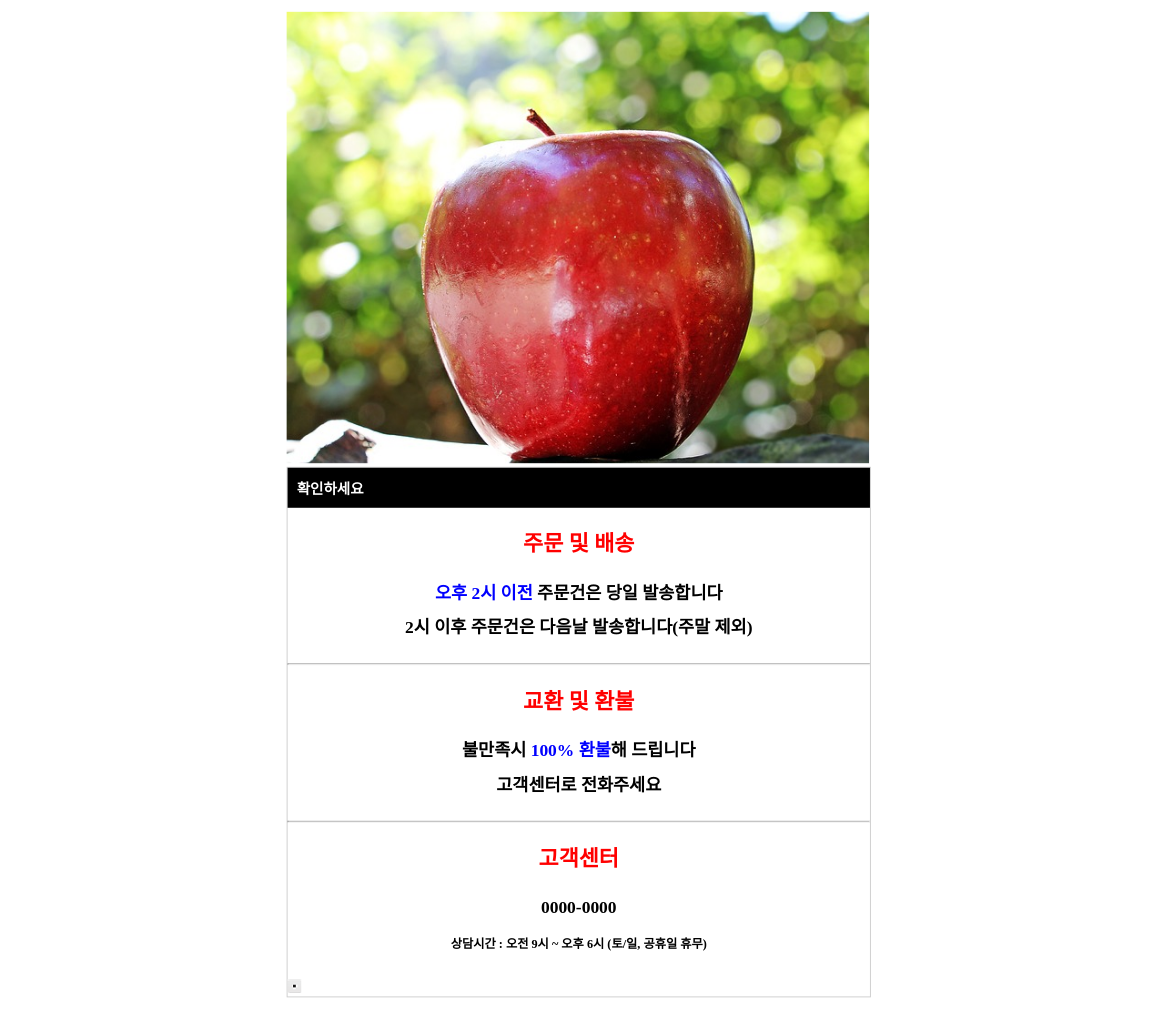
Repository: woosungtae/html_css
Page: pro01/public/apple.html
These files come from the project's save history. The page is drawn as it stood at one moment and after the next save; the edit follows.
The browser window is 1280 px wide. The pictures show the whole page, at 91% of full size.

Above is the page before, as saved 2022-12-12 07:09:24.

After the next save:
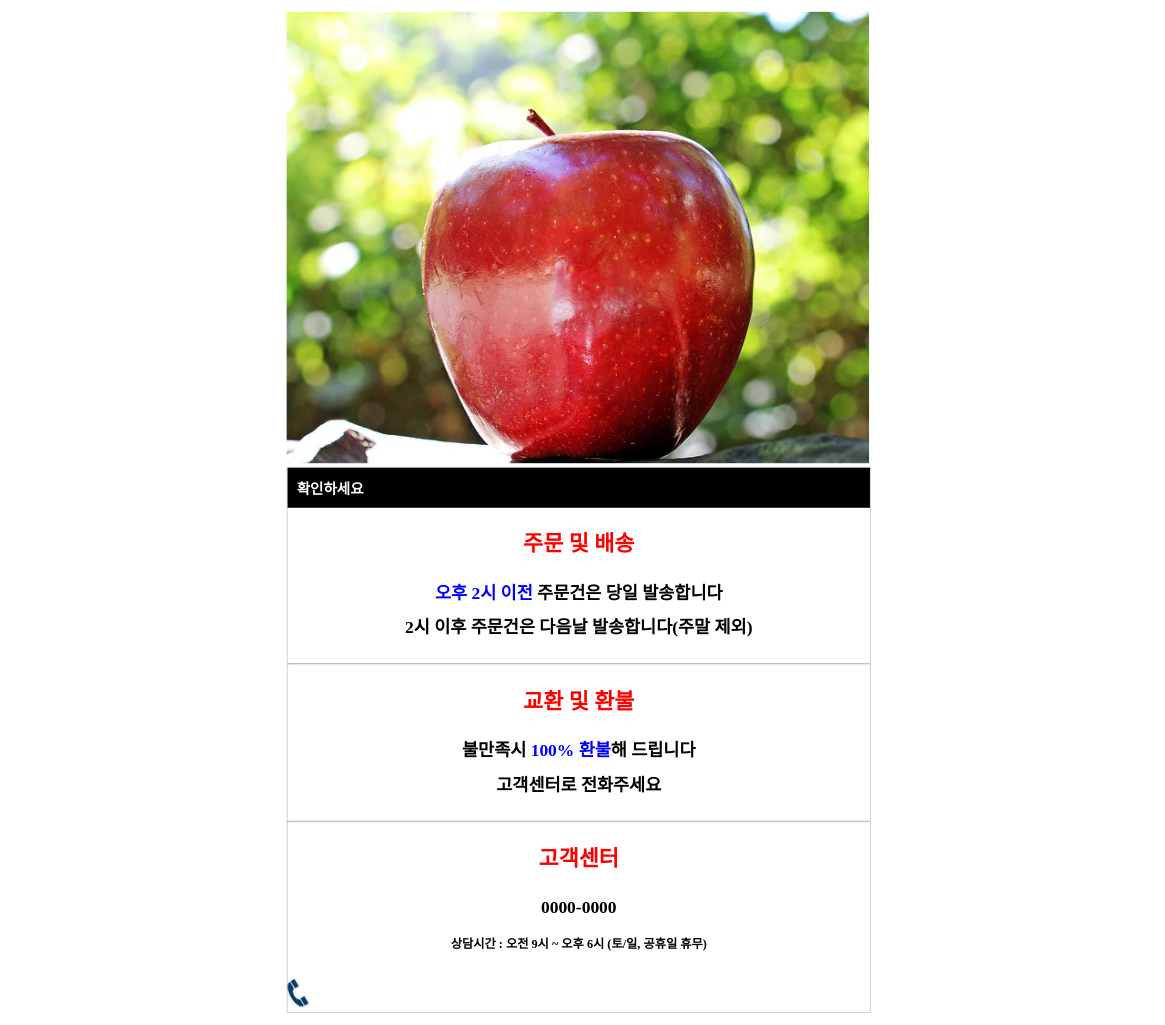
Saved 3 min 32 s later.
--- a/pro01/public/apple.html
+++ b/pro01/public/apple.html
@@ -55,7 +55,7 @@
 	<h2>고객센터 </h2>
 	<p>0000-0000<br>
 	<span class="small-line">상담시간 : 오전 9시 ~ 오후 6시 (토/일, 공휴일 휴무)</span></p>
-	<img src="images/dot.png">
+	<img src="images/call.png">
 	</div>
 	</div>
 </body>
